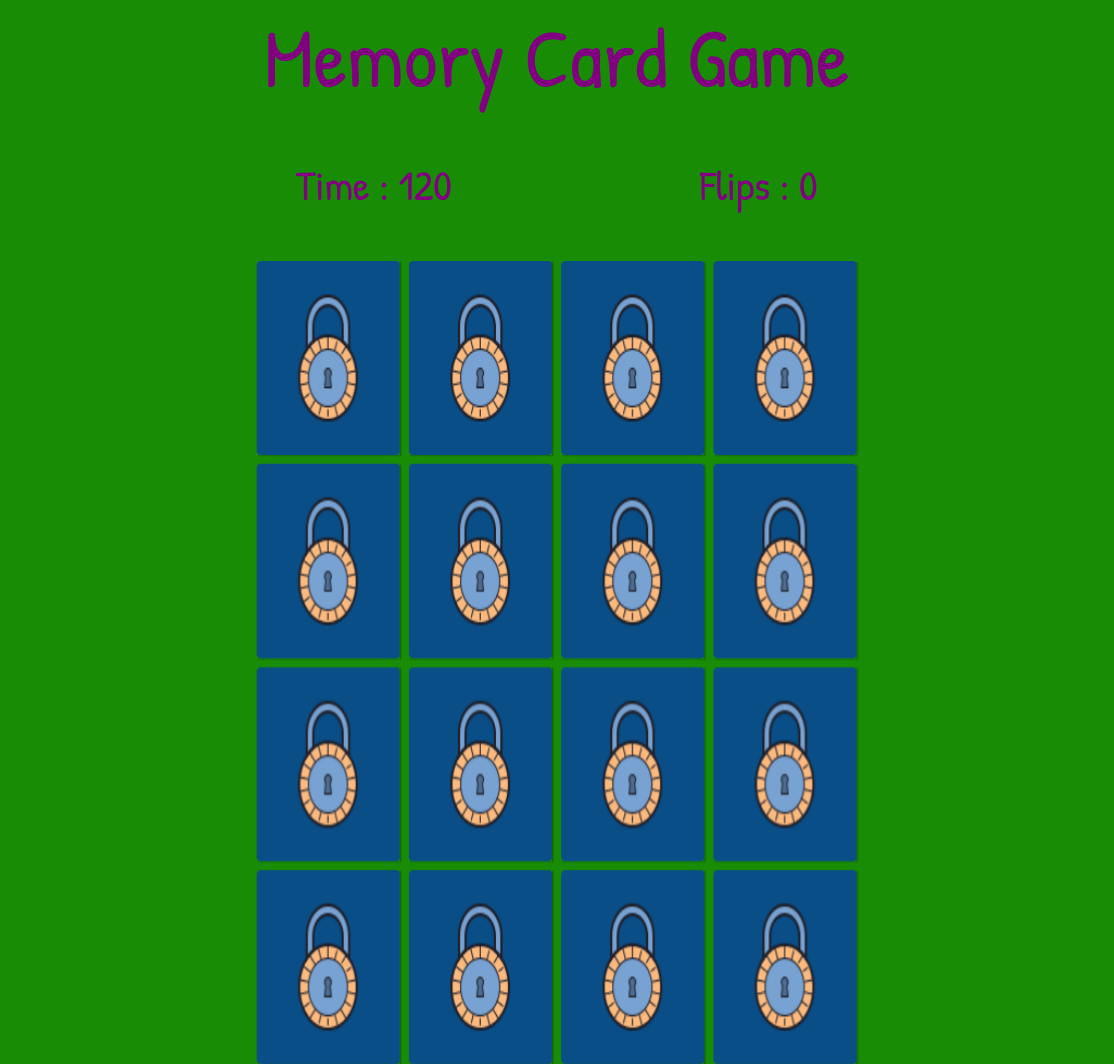
Repository: claudiadanaila1/Project-2--Interactive-FrontEnd---Memory-game
Page: index.html
The author's editor kept a record of every edit. The page is drawn from the files as they stood at one moment, then again after the next edit.
The browser window is 1280 px wide. The pictures show the whole page, at 87% of full size.

Above is the page before.

### index.html
<!DOCTYPE html>
<html lang="en">
<head>
    <meta charset="UTF-8">
    <meta name="viewport" content="width=device-width, initial-scale=1.0">
    <meta http-equiv="X-UA-Compatible" content="ie=edge">
    <link rel="stylesheet" href="css/style.css" type="text/css" />
    <title>Memory Card Game</title>
</head>
<body>
    <h1 class="title">Memory Card Game</h1>

    <div class="game-info-container">
      <div class="game-info">
        Time : <span id="time-remaining">120</span>
      </div>
      <div class="game-info">
        Flips : <span id="flips">0</span>
      </div>
    </div>

  <section class="memory-game">
      <div class="memory-card">
          <img class="card-front" src="assets/images/jelly1.jpg" alt="jelly-fish"/>
          <img class="card-back"  src="assets/images/icon8-lock.png" alt="lock" />
      </div>
      <div class="memory-card">
          <img class="card-front" src="assets/images/jelly1.jpg" alt="jelly-fish"/>
          <img class="card-back"  src="assets/images/icon8-lock.png" alt="lock" />
      </div>
      <div class="memory-card">
          <img class="card-front" src="assets/images/jelly2.jpg" alt="jelly-fish"/>
          <img class="card-back"  src="assets/images/icon8-lock.png" alt="lock" />
      </div>
      <div class="memory-card">
          <img class="card-front" src="assets/images/jelly2.jpg" alt="jelly-fish"/>
          <img class="card-back"  src="assets/images/icon8-lock.png" alt="lock" />
      </div>
      <div class="memory-card">
          <img class="card-front" src="assets/images/jelly3.jpg" alt="jelly-fish"/>
          <img class="card-back"  src="assets/images/icon8-lock.png" alt="lock" />
      </div>
      <div class="memory-card">
          <img class="card-front" src="assets/images/jelly3.jpg" alt="jelly-fish"/>
          <img class="card-back"  src="assets/images/icon8-lock.png" alt="lock" />
      </div>
      <div class="memory-card">
          <img class="card-front" src="assets/images/jelly4.jpg" alt="jelly-fish"/>
          <img class="card-back"  src="assets/images/icon8-lock.png" alt="lock" />
      </div>
      <div class="memory-card">
          <img class="card-front" src="assets/images/jelly4.jpg" alt="jelly-fish"/>
          <img class="card-back"  src="assets/images/icon8-lock.png" alt="lock" />
      </div>
      <div class="memory-card">
          <img class="card-front" src="assets/images/jelly5.jpg" alt="jelly-fish"/>
          <img class="card-back"  src="assets/images/icon8-lock.png" alt="lock" />
      </div>
      <div class="memory-card">
          <img class="card-front" src="assets/images/jelly5.jpg" alt="jelly-fish"/>
          <img class="card-back"  src="assets/images/icon8-lock.png" alt="lock" />
      </div>
      <div class="memory-card">
          <img class="card-front" src="assets/images/jelly6.jpg" alt="jelly-fish"/>
          <img class="card-back"  src="assets/images/icon8-lock.png" alt="lock" />
      </div>
      <div class="memory-card">
          <img class="card-front" src="assets/images/jelly6.jpg" alt="jelly-fish"/>
          <img class="card-back"  src="assets/images/icon8-lock.png" alt="lock" />
      </div>
      <div class="memory-card">
          <img class="card-front" src="assets/images/jelly7.jpg" alt="jelly-fish"/>
          <img class="card-back"  src="assets/images/icon8-lock.png" alt="lock" />
      </div>
       <div class="memory-card">
          <img class="card-front" src="assets/images/jelly7.jpg" alt="jelly-fish"/>
          <img class="card-back"  src="assets/images/icon8-lock.png" alt="lock" />
      </div>
      <div class="memory-card">
          <img class="card-front" src="assets/images/jelly8.jpg" alt="jelly-fish"/>
          <img class="card-back"  src="assets/images/icon8-lock.png" alt="lock" />
      </div>
      <div class="memory-card">
          <img class="card-front" src="assets/images/jelly8.jpg" alt="jelly-fish"/>
          <img class="card-back"  src="assets/images/icon8-lock.png" alt="lock" />
      </div>

  </section>

</body>
</html>

### css/style.css
@import url('https://fonts.googleapis.com/css?family=Patrick+Hand&display=swap');


* {
    padding: 0;
    margin: 0;
    box-sizing: border-box;
}

html {
   min-height: 100vh;
    display: flex;
    background-color:#198c06;
}

body{
    margin:auto;
    justify-content:center;
}

.title {
    font-family:"Patrick Hand", sans-serif;
    font-size: 6em;
    text-align: center;
    font-weight: normal;
    color:purple;
}

.game-info-container {
    grid-column: 1/-1;
    justify-content: space-between;
    display: flex;
    margin:50px;
}

.game-info {
    font-family: "Patrick Hand", sans-serif;
    font-size:3em;
    color:purple;
}

.memory-game {
    height:700px;
    width:700px;
    margin:auto;
    display:flex;
    flex-wrap: wrap;
    perspective:1000px;
}

.memory-card {
  width: calc(25% - 10px);
  height: calc(33.333% - 10px);
  margin: 5px;
  position: relative;
  transform: scale(1);
  transform-style: preserve-3d;
  transition: transform .5s;
  box-shadow: 1px 1px 1px rgba(0,0,0,.3);
}

.memory-card:active {
  transform: scale(0.96);
  transition: transform .3s;
}

.memory-card.flip {
  transform: rotateY(180deg);
}

.card-front,
.card-back {
  width: 100%;
  height: 100%;
  padding: 20px;
  position: absolute;
  border-radius: 5px;
  background: #0a4e88;
  backface-visibility: hidden;
}

.card-front {
  transform: rotateY(180deg);
}

After the next edit:
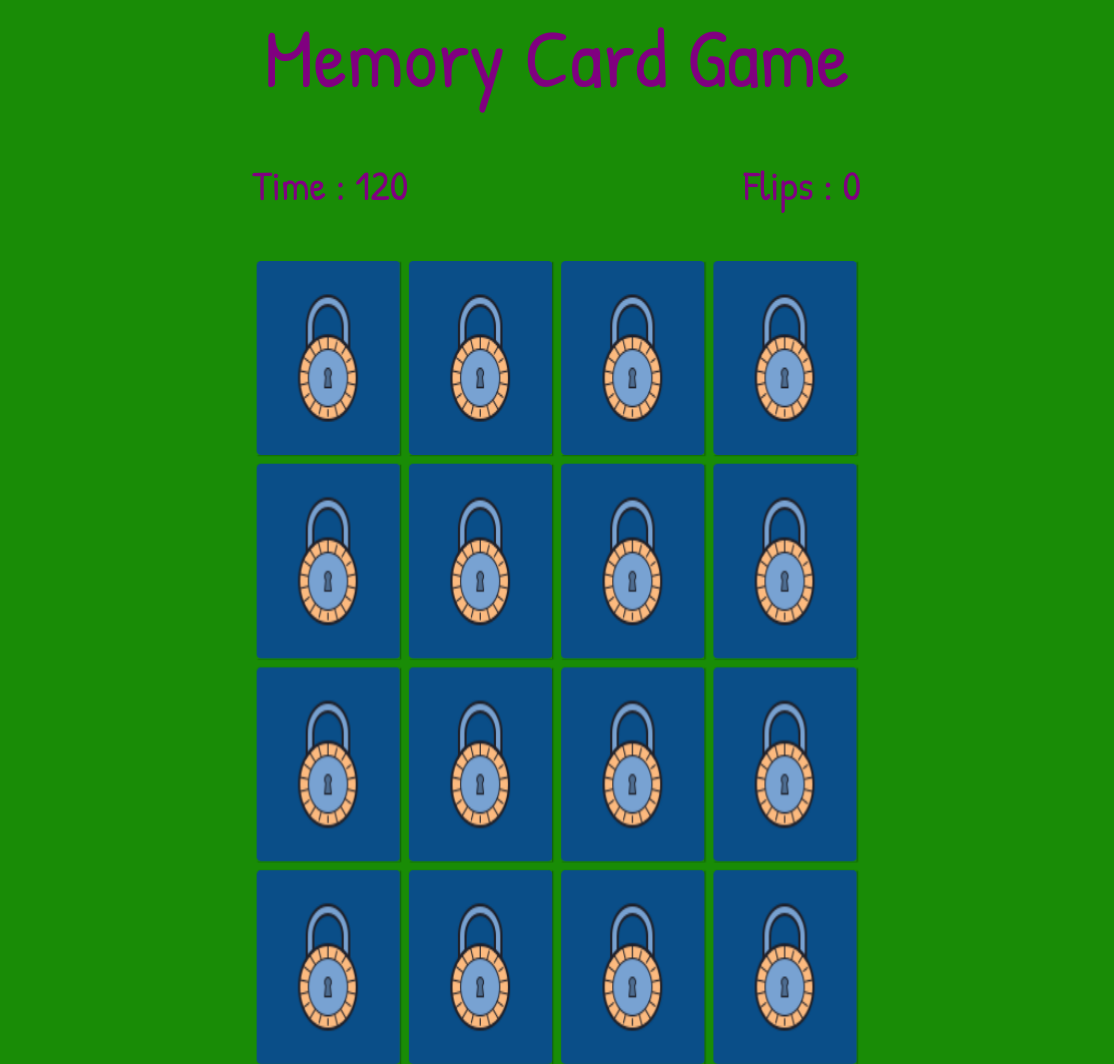
The edit:
--- a/css/style.css
+++ b/css/style.css
@@ -42,7 +42,7 @@
 .memory-game {
     height:700px;
     width:700px;
-    margin:auto;
+    margin: 50px 50px;
     display:flex;
     flex-wrap: wrap;
     perspective:1000px;
